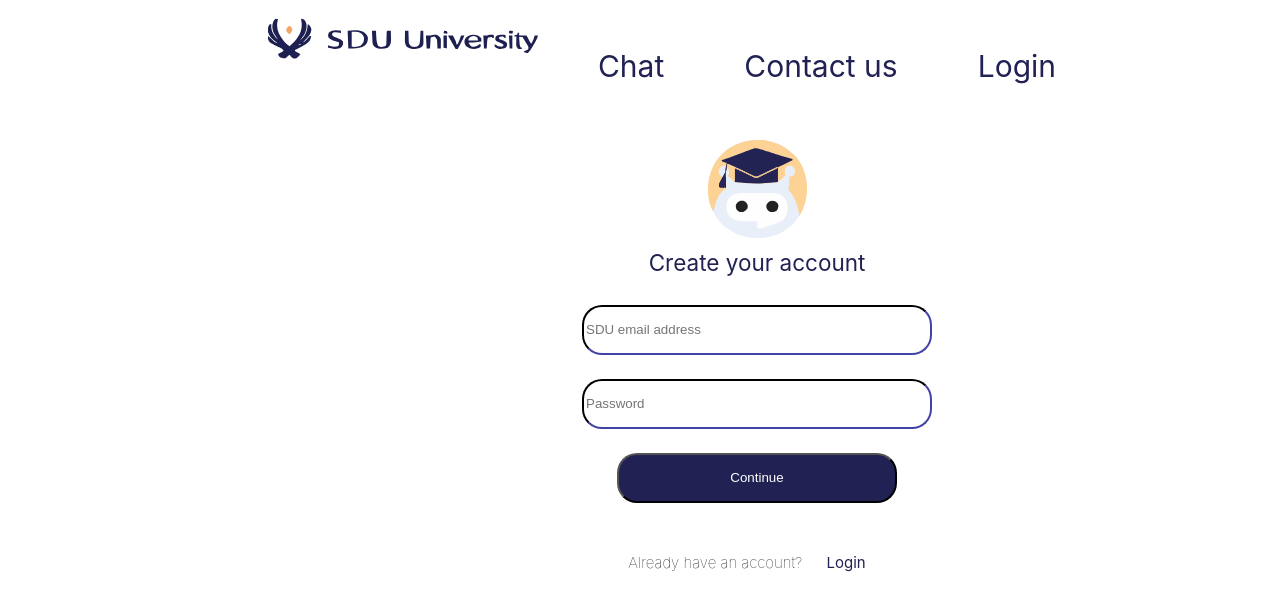
Repository: tolepbekova/Community_v.l
Page: /sign
An editor plug-in stored every save of this project. The page is shown before and after the next save, followed by the edit.
The browser window is 1280 px wide. The pictures show the whole page.
The project was rebuilt for these pictures with package versions that can differ from the ones it lists, and the page was loaded fresh each time. Also part of the build but not shown: vite.config.js, src/components/HelloWorld.vue, src/views/Login.vue. Imported but missing from the stored project, and not drawn on this page: src/views/Change.vue.

Above is the page before, as saved 2024-05-10 08:48:57.

After the next save:
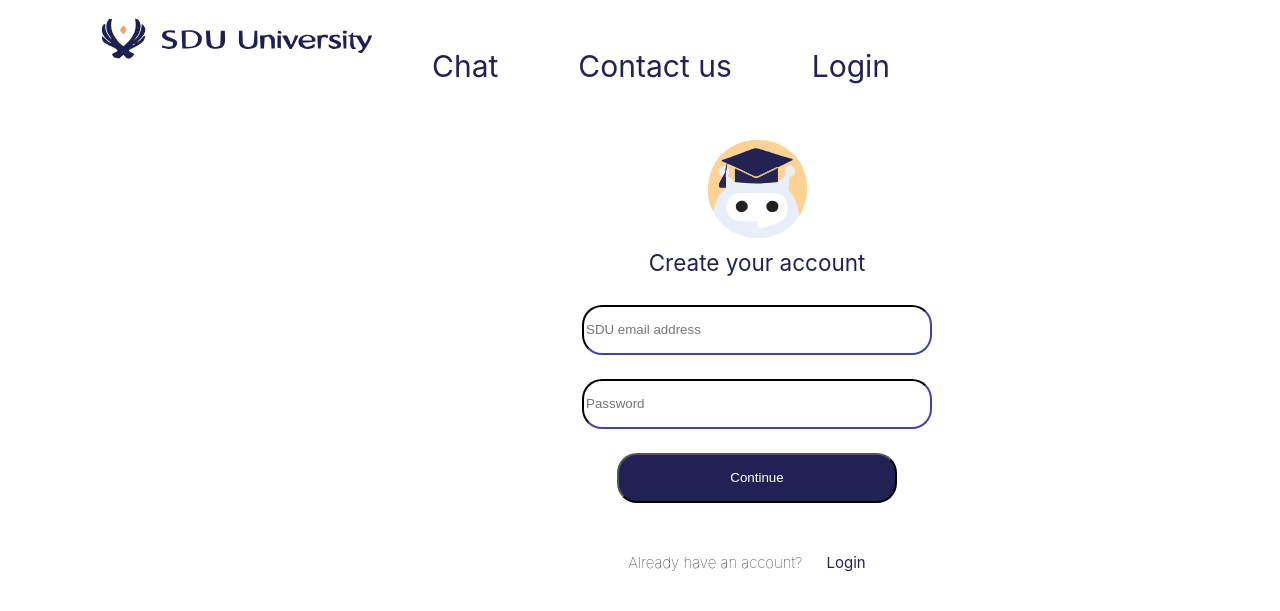
Saved 108 s later.
--- a/src/views/Signin.vue
+++ b/src/views/Signin.vue
@@ -79,7 +79,6 @@
 #header {
     display: flex;
     width: 100%;
-    flex-direction: column;
     align-items: center;
     justify-content: space-between;
     position: fixed;
@@ -92,7 +91,7 @@
 .logo {
     width: 270px;
     height: 77px;
-    margin-left: ;
+    margin-left: 50px ;
 }
 
 #navbar {
